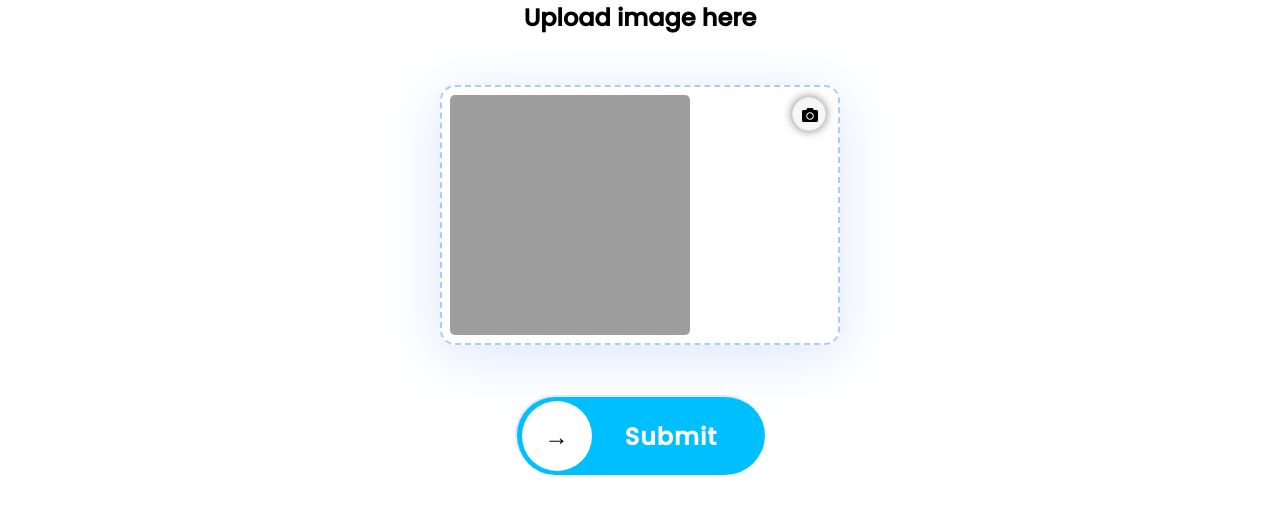
Repository: ThuongDuy/Phan_loai_anh
Page: hcsdlpt/index.html
These files come from the project's save history. The page is drawn as it stood at one moment and after the next save; the edit follows.
The browser window is 1280 px wide. The pictures show the whole page.
Pictures or frames that could not be fetched are drawn as grey boxes.

Above is the page before, as saved 2023-06-02 00:38:57.

### hcsdlpt/index.html
<!DOCTYPE html>
<html lang="en">

<head>
    <meta charset="UTF-8">
    <meta http-equiv="X-UA-Compatible" content="IE=edge">
    <meta name="viewport" content="width=device-width, initial-scale=1.0">
    <title>Document</title>
    <link rel="stylesheet" href="https://fonts.googleapis.com/css2?family=Poppins:wght@300;400;500&amp;display=swap">
    <link rel="stylesheet" href="https://unpkg.com/boxicons@2.0.7/css/boxicons.min.css">
    <link rel="stylesheet" href="./main.css">
</head>

<body>

    <h2 style="text-align: center;">Upload image here</h2>
    <div class="avatar-upload">
        <div class="avatar-edit">
            <input type="file" id="imageUpload" accept=".png, .jpg, .jpeg" class="txt-file">
            <label for="imageUpload" class="label-upload">
                <i id="camera" class="fas fa-camera"></i>
            </label>
        </div>

        <div class="avatar-preview">
            <div id="imagePreview" style="background-image: url('upload.png');"></div>
        </div>
    </div>

    <button class="btn" id="btnSubmit">Submit<span>&#8594;</span></button>

    <link rel="stylesheet" href="https://cdnjs.cloudflare.com/ajax/libs/font-awesome/5.15.2/css/all.min.css"
        integrity="sha512-HK5fgLBL+xu6dm/Ii3z4xhlSUyZgTT9tuc/hSrtw6uzJOvgRr2a9jyxxT1ely+B+xFAmJKVSTbpM/CuL7qxO8w=="
        crossorigin="anonymous" />

    <script src="https://cdnjs.cloudflare.com/ajax/libs/jquery/3.7.0/jquery.min.js"
        integrity="sha512-3gJwYpMe3QewGELv8k/BX9vcqhryRdzRMxVfq6ngyWXwo03GFEzjsUm8Q7RZcHPHksttq7/GFoxjCVUjkjvPdw=="
        crossorigin="anonymous" referrerpolicy="no-referrer"></script>
    <script src="./scripts.js"></script>
</body>

</html>

### hcsdlpt/main.css
.avatar-upload {
    /* position: relative;
    max-width: 400px;
    margin: 50px auto; */
    position: relative;
    max-width: 400px;
    border-radius: 15px;
    border: 2px dashed rgb(171, 202, 255);
    margin: 50px auto;
    box-shadow: 0 10px 60px rgb(218, 229, 255);
}

.avatar-edit {
    position: absolute;
    right: 12px;
    top: 10px;
    z-index: 1;
}

#camera {
    position: absolute;
    top: 10px;
    left: 10px;
}

.txt-file {
    display: none;
}

.label-upload {
    display: inline-block;
    width: 34px;
    height: 34px;
    background: #f7f7f7;
    margin-bottom: 0;
    border-radius: 100%;
    border: 1px solid #e5e5e5;
    box-shadow: 0 0 10px rgba(0, 0, 0, 0.5);
    cursor: pointer;
    transition: .3s ease;
}

.label-upload:hover {
    background: #e5e5e5;
}

.avatar-preview {
    width: 256px;
    height: 256px;
    position: relative;
    border-radius: 5px;
    padding: 8px;
    /* border: 1px solid #e5e5e5; */
}

.avatar-preview>div {
    width: 100%;
    height: 100%;
    border-radius: 5px;
    background-size: cover;
    background-repeat: no-repeat;
    background-position: center;
}

* {
    margin: 0;
    padding: 0;
    box-sizing: border-box;
    font-family: Poppins;
}

button {
    border: none;
    outline: none;
}

.btn {
    position: relative;
    width: 250px;
    height: 80px;
    display: grid;
    place-items: center;
    background: #00bfff;
    color: #fff;
    border-radius: 80px;
    font-size: 1.5rem;
    font-weight: 700;
    letter-spacing: 1px;
    text-decoration: none;
    border-top: 2px solid #e6e6fa;
    border-left: 2px solid #e6e6fa;
    padding-left: 60px;
    overflow: hidden;
    transition: 0.5s ease-in-out;
    margin: auto;
    cursor: pointer;
}

.btn:hover {
    padding-left: 0;
    padding-right: 60px;
    color: #fff;
}

.btn span {
    position: absolute;
    display: grid;
    place-items: center;
    left: 5px;
    width: 70px;
    height: 70px;
    background: #fff;
    color: #000;
    border-radius: 50%;
    font-size: 1.5rem;
    font-weight: 900;
    transition: 0.5s cubic-bezier(0.4, 0, 1, 1);
}

.btn:hover span {
    left: calc(100% - 76px);
}

.btn::after {
    position: absolute;
    content: "";
    width: 80px;
    height: 100%;
    z-index: 1;
    background: rgba(255, 255, 255, 0.5);
    transform: translateX(-175px) skew(25deg);
    transition: 0.75s ease-in-out;
}

.btn:hover::after {
    transform: translateX(175px) skew(25deg);
}

### hcsdlpt/scripts.js
function readURL(input) {
    if (input.files && input.files[0]) {
        var reader = new FileReader();
        reader.onload = function (e) {
            $('#imagePreview').css('background-image', 'url(' + e.target.result + ')');
            $('#imagePreview').hide();
            $('#imagePreview').fadeIn(650);
        }
        reader.readAsDataURL(input.files[0]);
    }
}

$(document).ready(function () {
    $("#imageUpload").change(function () {
        readURL(this);
    });
    $('#btnSubmit').on('click', function () {

    });

});

After the next save:
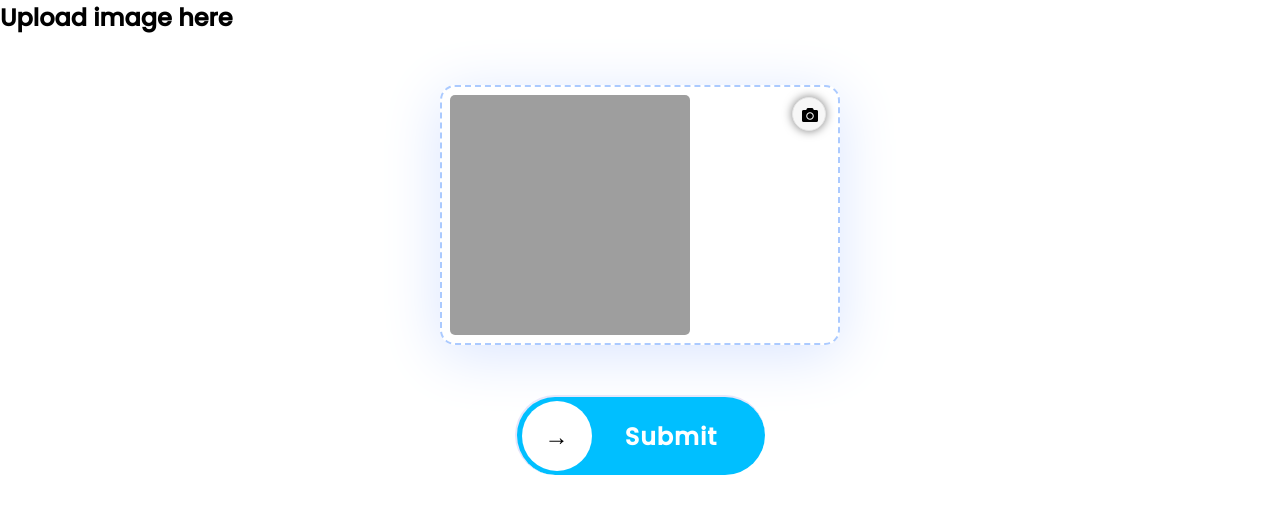
Saved 47 s later.
--- a/hcsdlpt/index.html
+++ b/hcsdlpt/index.html
@@ -13,7 +13,7 @@
 
 <body>
 
-    <h2 style="text-align: center;">Upload image here</h2>
+    <h2 class="upload-title">Upload image here</h2>
     <div class="avatar-upload">
         <div class="avatar-edit">
             <input type="file" id="imageUpload" accept=".png, .jpg, .jpeg" class="txt-file">
